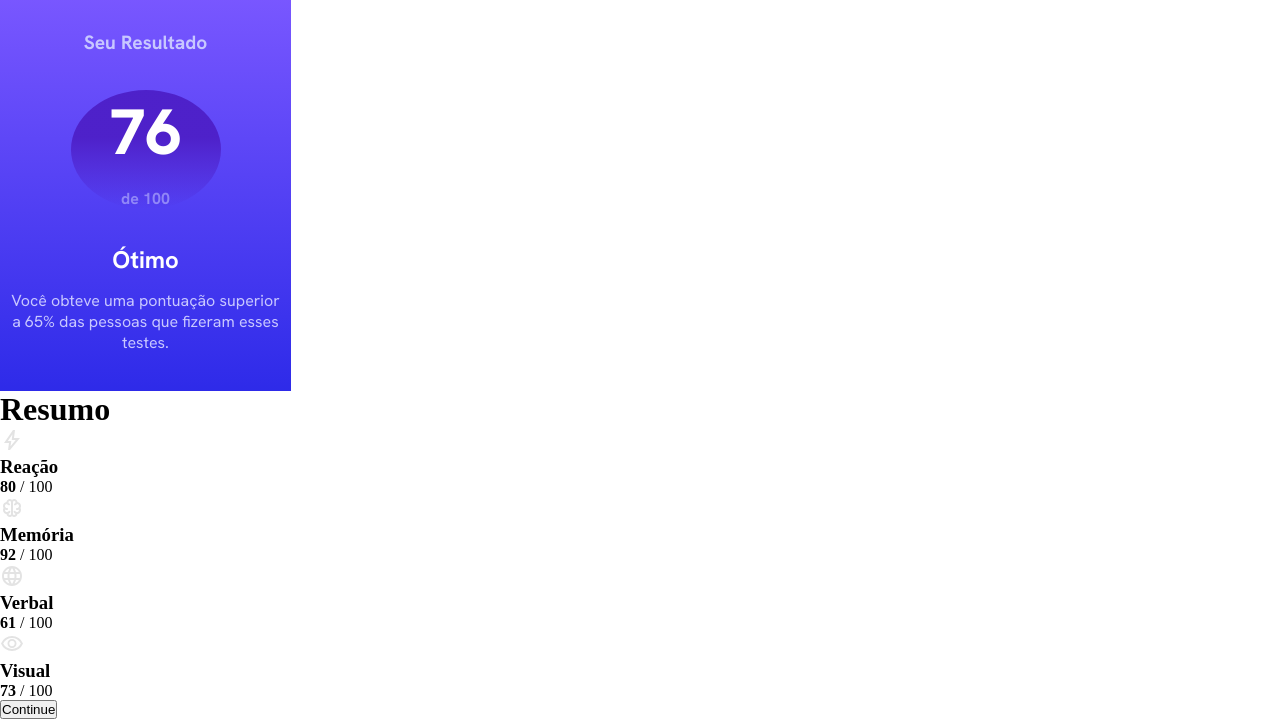
Repository: caique2512/resumo-de-resultados
Page: index.html
An editor plug-in stored every save of this project. The page is shown before and after a run of saves, followed by the edit.
The browser window is 1280 px wide. The pictures show the whole page.

Above is the page before, as saved 2026-03-09 16:52:49.

After the next 2 saves:
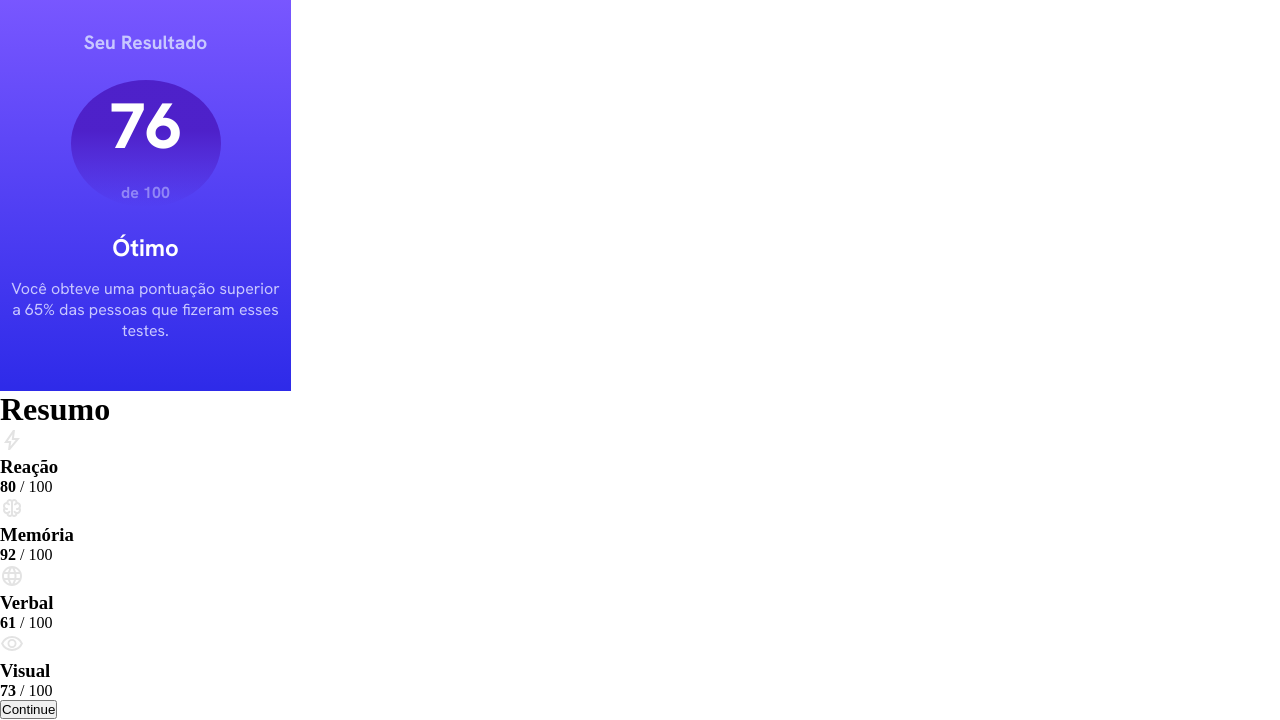
The 2 saves are shown as one change because they came seconds apart.
The last was saved 11 s later.
--- a/src/css/estilos.css
+++ b/src/css/estilos.css
@@ -26,7 +26,7 @@
     align-items: center;
     justify-content: center;
     flex-direction: column;
-    margin: 35px 35px;
+    margin: 25px 35px;
 }
 
 .circulo h2 {
